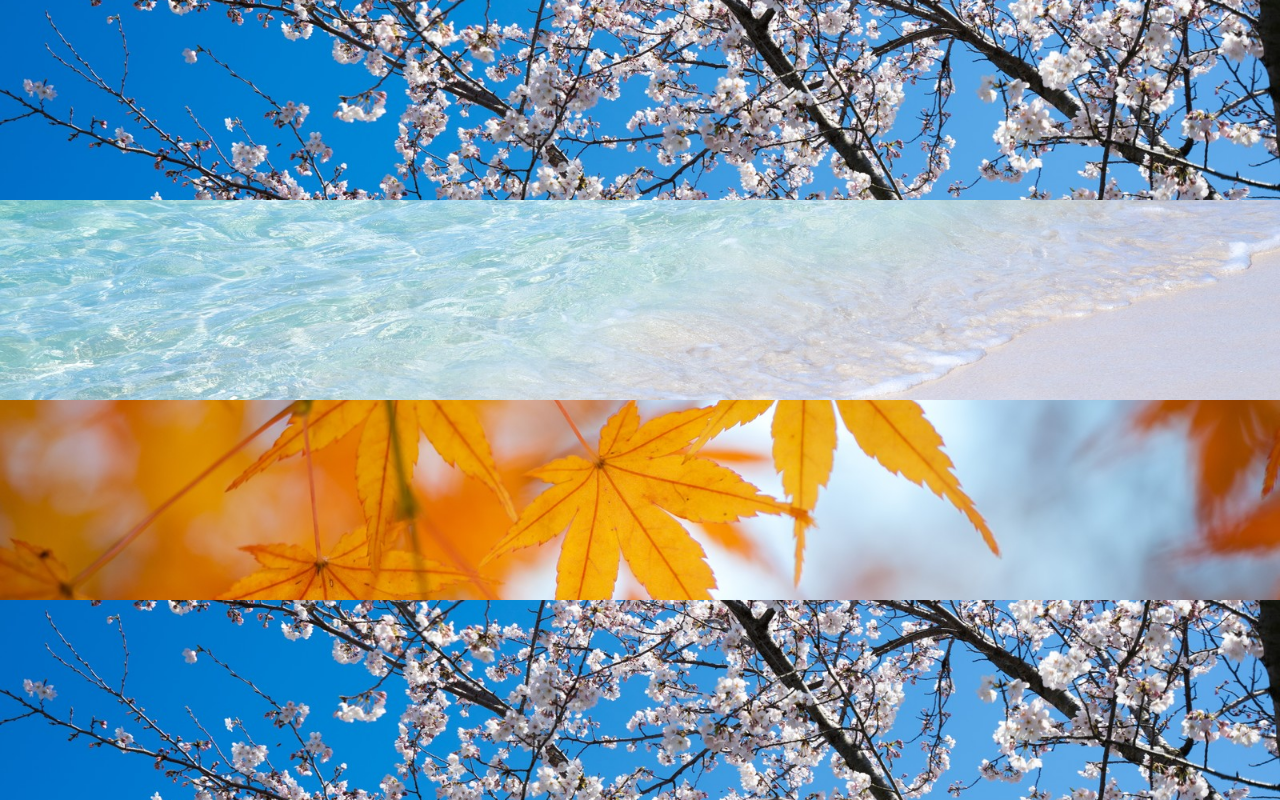
Repository: shizuki-okuma/dmm-webcamp
Page: chapter6_exercise/chapter6_exercise.html
The author's editor kept a record of every edit. The page is drawn from the files as they stood at one moment, then again after the next edit.
The browser window is 1280 px wide. The pictures show the whole page.

Above is the page before.

After the next edit:
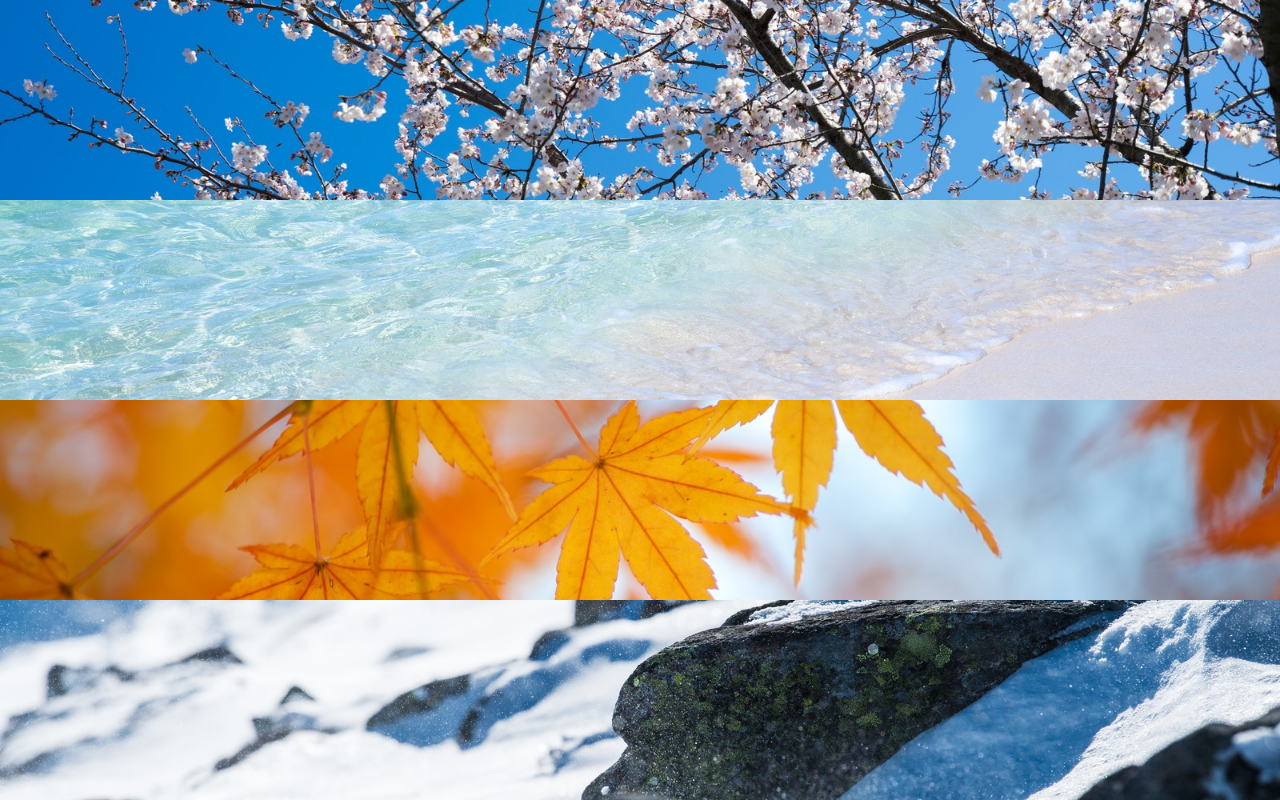
The edit:
--- a/chapter6_exercise/style6.css
+++ b/chapter6_exercise/style6.css
@@ -29,7 +29,7 @@
 }.box4 {
   width: 100%;
   height: 200px;
-  background-image: url(img/box1.jpg);
+  background-image: url(img/box4.jpg);
   background-position: center;
   background-size: cover;
 }
